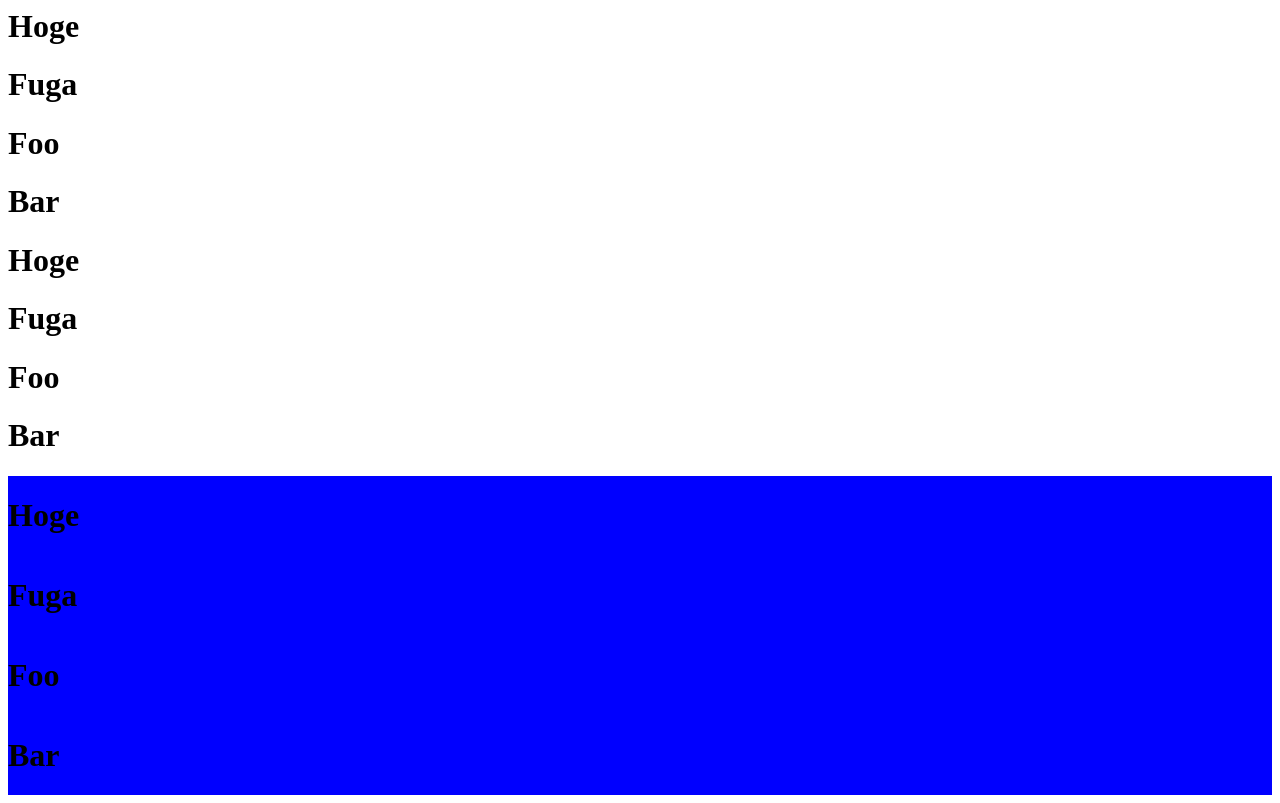
Repository: kota-nakasaka/samurai_HTML-CSS
Page: index2.html
The author's editor kept a record of every edit. The page is drawn from the files as they stood at one moment, then again after the next edit.
The browser window is 1280 px wide. The pictures show the whole page.

Above is the page before.

After the next edit:
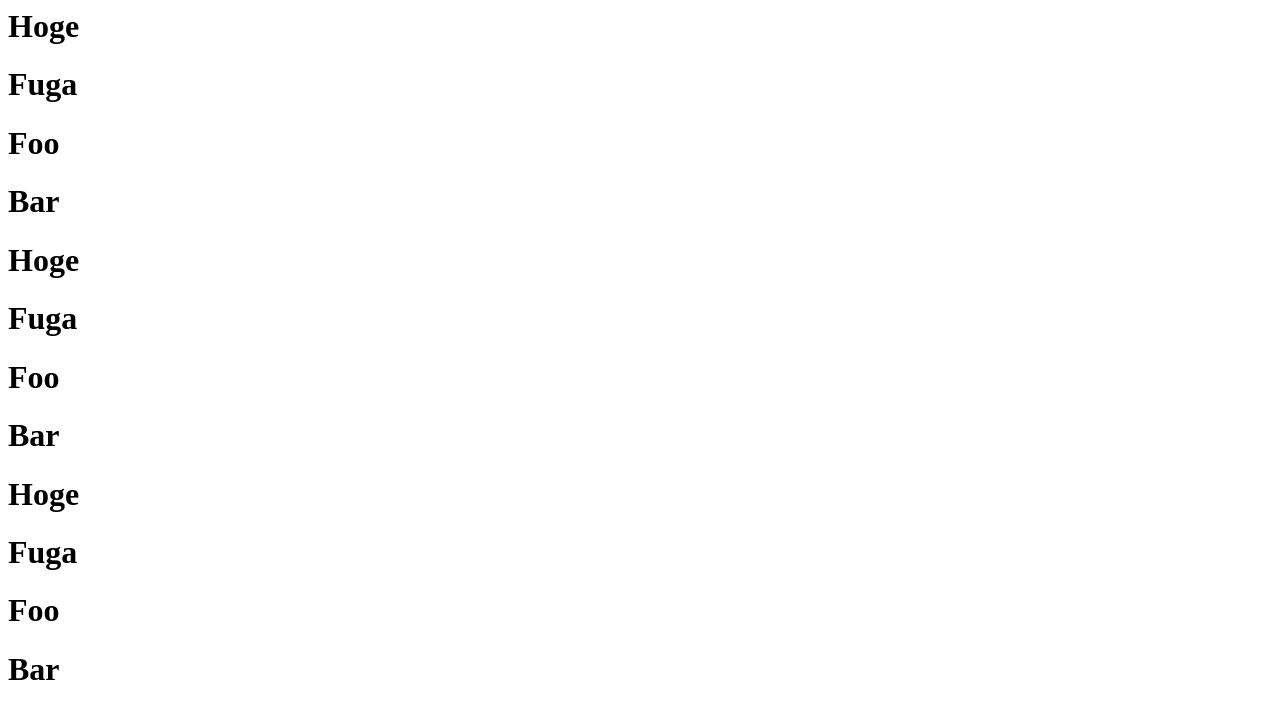
The edit:
--- a/index2.html
+++ b/index2.html
@@ -11,7 +11,7 @@
                 flex-wrap: wrap;
             }
 
-            #column {
+            #wrap-reverse {
                 display: flex;
                 flex-direction: column;
                 background-color: blue;
